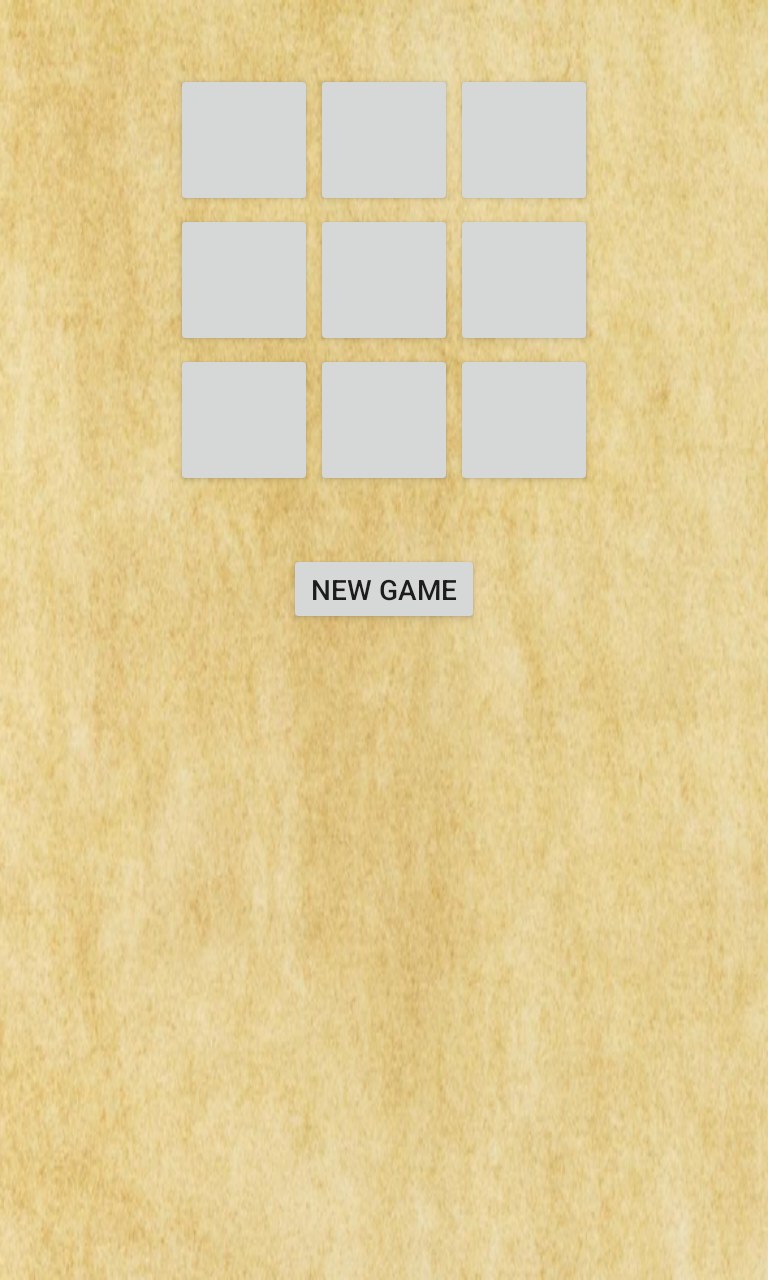
Repository: dtakiy/jogovelha
Layout: games/res/layout/activity_atividade2.xml
The author's editor kept a copy of each file at every save. The layout is drawn from the files as they stood at one save, then again after the next save.
It is drawn on a 768 x 1280 px phone screen (xhdpi) without system bars, with theme AppTheme; the app's code is not run.

Above is the layout before, as saved 2014-09-18 03:59:52.

After the next save:
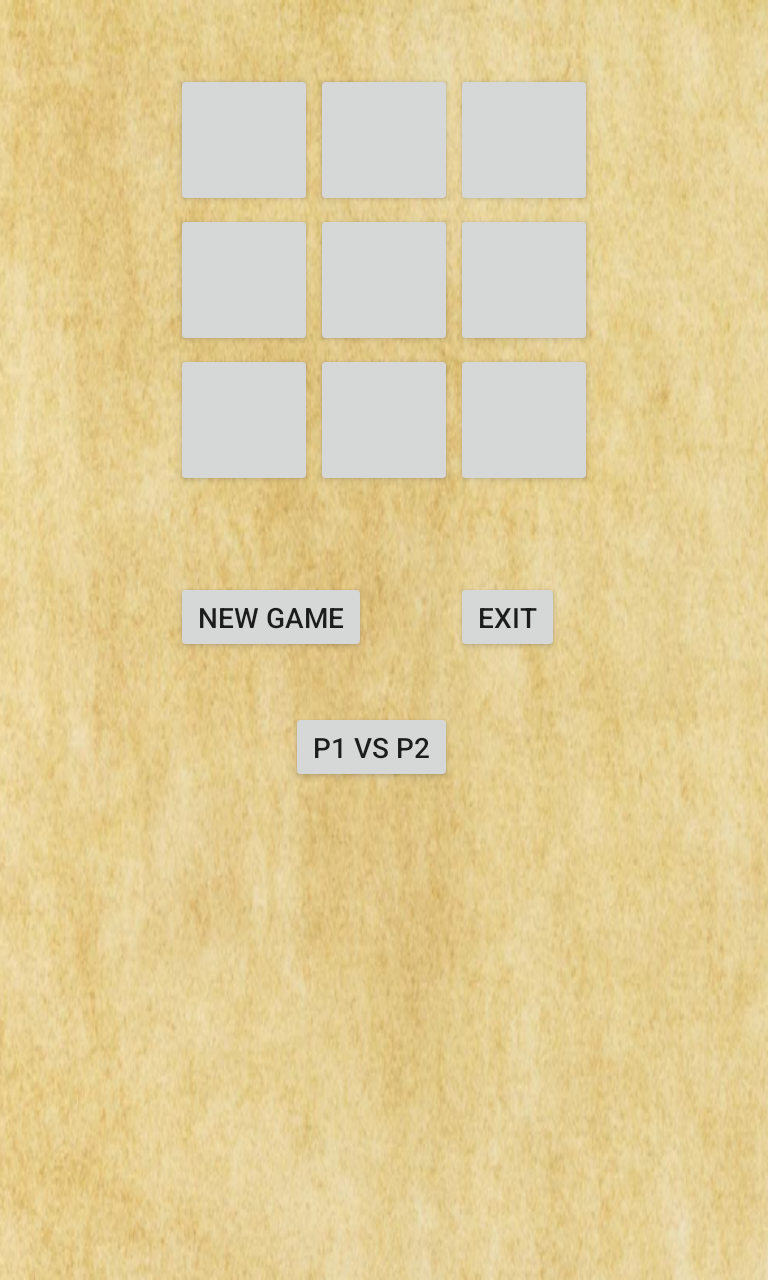
Saved 2 min 0 s later.
--- a/games/res/layout/activity_atividade2.xml
+++ b/games/res/layout/activity_atividade2.xml
@@ -8,104 +8,127 @@
     android:paddingLeft="@dimen/activity_horizontal_margin"
     android:paddingRight="@dimen/activity_horizontal_margin"
     android:paddingTop="@dimen/activity_vertical_margin"
-    tools:context="com.example.games.Atividade2" >
+    tools:context="com.example.games.A" >
 
 <Button
-	    android:id="@+id/quadrado6"
+	    android:id="@+id/sq6"
 	    android:layout_width="wrap_content"
 	    android:layout_height="wrap_content"
-	    android:layout_alignBaseline="@+id/quadrado5"
-	    android:layout_alignBottom="@+id/quadrado5"
-	    android:layout_toRightOf="@+id/quadrado5"
+	    android:layout_alignBaseline="@+id/sq5"
+	    android:layout_alignBottom="@+id/sq5"
+	    android:layout_toRightOf="@+id/sq5"
 	    android:minHeight="70dip"
 	    android:minWidth="70dip" />
 
 	<Button
-	    android:id="@+id/quadrado8"
+	    android:id="@+id/sq8"
 	    android:layout_width="wrap_content"
 	    android:layout_height="wrap_content"
-	    android:layout_alignBaseline="@+id/quadrado7"
-	    android:layout_alignBottom="@+id/quadrado7"
-	    android:layout_toRightOf="@+id/quadrado4"
+	    android:layout_alignBaseline="@+id/sq7"
+	    android:layout_alignBottom="@+id/sq7"
+	    android:layout_toRightOf="@+id/sq4"
 	    android:minHeight="70dip"
 	    android:minWidth="70dip" />
 
 	<Button
-	    android:id="@+id/quadrado3"
+	    android:id="@+id/sq3"
 	    android:layout_width="wrap_content"
 	    android:layout_height="wrap_content"
-	    android:layout_alignLeft="@+id/quadrado9"
-	    android:layout_below="@+id/quadrado5"
+	    android:layout_alignLeft="@+id/sq9"
+	    android:layout_below="@+id/sq5"
 	    android:minHeight="70dip"
 	    android:minWidth="70dip" />
 
 	<Button
-	    android:id="@+id/quadrado5"
+	    android:id="@+id/sq5"
 	    android:layout_width="wrap_content"
 	    android:layout_height="wrap_content"
-	    android:layout_below="@+id/quadrado1"
-	    android:layout_toRightOf="@+id/quadrado1"
+	    android:layout_below="@+id/sq1"
+	    android:layout_toRightOf="@+id/sq1"
 	    android:minHeight="70dip"
 	    android:minWidth="70dip" />
 
 	<Button
-	    android:id="@+id/quadrado2"
+	    android:id="@+id/sq2"
 	    android:layout_width="wrap_content"
 	    android:layout_height="wrap_content"
-	    android:layout_alignBaseline="@+id/quadrado9"
-	    android:layout_alignBottom="@+id/quadrado9"
+	    android:layout_alignBaseline="@+id/sq9"
+	    android:layout_alignBottom="@+id/sq9"
 	    android:layout_centerHorizontal="true"
 	    android:minHeight="70dip"
 	    android:minWidth="70dip" />
 
 	<Button
-	    android:id="@+id/quadrado1"
+	    android:id="@+id/sq1"
 	    android:layout_width="wrap_content"
 	    android:layout_height="wrap_content"
-	    android:layout_alignBaseline="@+id/quadrado2"
-	    android:layout_alignBottom="@+id/quadrado2"
-	    android:layout_toLeftOf="@+id/quadrado2"
+	    android:layout_alignBaseline="@+id/sq2"
+	    android:layout_alignBottom="@+id/sq2"
+	    android:layout_toLeftOf="@+id/sq2"
 	    android:minHeight="70dip"
 	    android:minWidth="70dip" />
 
 	<Button
-	    android:id="@+id/quadrado9"
+	    android:id="@+id/sq9"
 	    android:layout_width="wrap_content"
 	    android:layout_height="wrap_content"
 	    android:layout_alignTop="@+id/camporesultado"
 	    android:layout_marginTop="19dp"
-	    android:layout_toRightOf="@+id/quadrado2"
+	    android:layout_toRightOf="@+id/sq2"
 	    android:minHeight="70dip"
 	    android:minWidth="70dip" />
 
 	<Button
-	    android:id="@+id/quadrado4"
+	    android:id="@+id/sq4"
 	    android:layout_width="wrap_content"
 	    android:layout_height="wrap_content"
-	    android:layout_above="@+id/quadrado3"
-	    android:layout_toLeftOf="@+id/quadrado5"
+	    android:layout_above="@+id/sq3"
+	    android:layout_toLeftOf="@+id/sq5"
 	    android:minHeight="70dip"
 	    android:minWidth="70dip" />
 
 	<Button
-	    android:id="@+id/quadrado7"
+	    android:id="@+id/sq7"
 	    android:layout_width="wrap_content"
 	    android:layout_height="wrap_content"
-	    android:layout_alignBaseline="@+id/quadrado3"
-	    android:layout_alignBottom="@+id/quadrado3"
-	    android:layout_toLeftOf="@+id/quadrado8"
+	    android:layout_alignBaseline="@+id/sq3"
+	    android:layout_alignBottom="@+id/sq3"
+	    android:layout_toLeftOf="@+id/sq8"
 	    android:minHeight="70dip"
 	    android:minWidth="70dip" />
 
+		<Button
+		    android:id="@+id/newgame"
+		    android:layout_width="wrap_content"
+		    android:layout_height="wrap_content"
+		    android:layout_alignBaseline="@+id/sair"
+		    android:layout_alignBottom="@+id/sair"
+		    android:layout_alignLeft="@+id/sq7"
+		    android:minHeight="20dip"
+		    android:minWidth="20dip"
+		    android:text="@string/newgame" />
+
+		<Button
+		    android:id="@+id/sair"
+		    android:layout_width="wrap_content"
+		    android:layout_height="wrap_content"
+		    android:layout_alignLeft="@+id/sq3"
+		    android:layout_below="@+id/sq3"
+		    android:layout_marginTop="44dp"
+		    android:minHeight="20dip"
+		    android:minWidth="20dip"
+		    android:text="@string/sair" />
+
 	  <Button
-	      android:id="@+id/newgame"
+	      android:id="@+id/p1"
 	      android:layout_width="wrap_content"
 	      android:layout_height="wrap_content"
-	      android:layout_below="@+id/quadrado8"
-	      android:layout_centerHorizontal="true"
-	      android:layout_marginTop="30dp"
+	      android:layout_below="@+id/newgame"
+	      android:layout_marginTop="26dp"
+	      android:layout_toLeftOf="@+id/sair"
 	      android:minHeight="20dip"
 	      android:minWidth="20dip"
-	      android:text="@string/newgame" />
+	      android:text="@string/p1" />
+
 
 </RelativeLayout>
